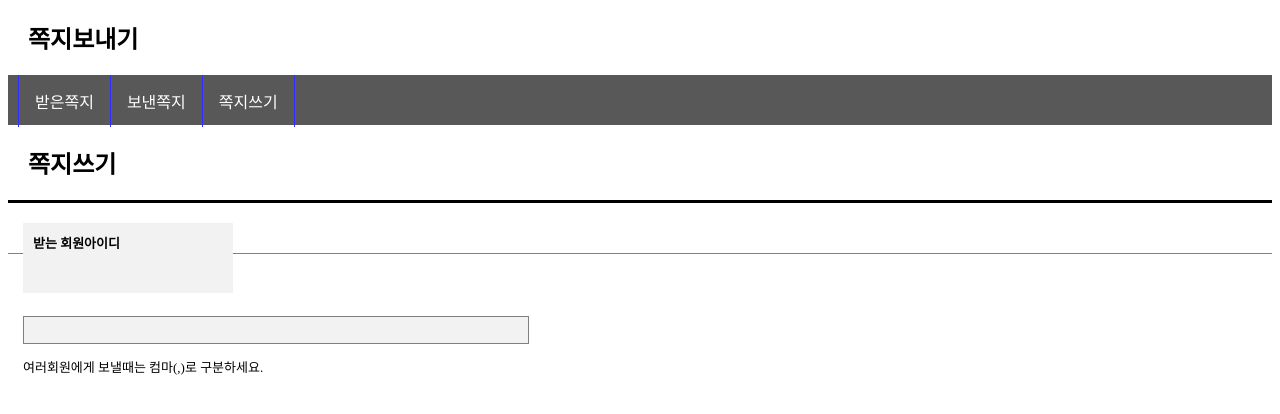
Repository: ks12b0000/JSP-School-Class
Page: chap10_JSP/src/main/webapp/Test/sendMessage.html
These files come from the project's save history. The page is drawn as it stood at one moment and after the next save; the edit follows.
The browser window is 1280 px wide. The pictures show the whole page.

Above is the page before, as saved 2022-06-04 11:19:00.

### chap10_JSP/src/main/webapp/Test/sendMessage.html
<!DOCTYPE html>
<html>
<head>
	<meta charset="UTF-8">
	<meta name="viewport" content="width=device-width, initial-scale=1.0">
	<title>쪽지쓰기</title>
	<link rel="stylesheet" href="loginWrite.css" />
</head>
<body>
	<h2>쪽지보내기</h2>
	<div class="menu1">
		<ul>
			<li><a href="#" id="a1">받은쪽지</a></li>
			<li><a href="#">보낸쪽지</a></li>
			<li><a href="#">쪽지쓰기</a></li>
		</ul>
	</div>
	<h2>쪽지쓰기</h2>
	<div class="Profile3">
			<p id="id12"><strong>받는 회원아이디</strong></p>
			<input type="text" /><br/><p>여러회원에게 보낼때는 컴마(,)로 구분하세요.</p>
	</div>
</body>
</html>

### chap10_JSP/src/main/webapp/Test/loginWrite.css
@charset "UTF-8";
	body h2 {
		margin-left: 20px;
	}
	.login1 {
		width: 500px;
		border: 1px solid gray;
		margin: 40px;
		padding: 40px;

	}
	.login1 #id {
		width: 400px;

		padding: 4px;
	}
	.login1 #id input {

		margin-left: 30px;
	}
	.login1 #pw {

		padding: 4px;
	}
	.login1 #pw input {

		margin-left: 52px;
	}
	.login1 #login_Bt {
		text-align: right;
		margin-top: -50px;
		margin-right: 120px;
	}
	.login1 #login_Bt input {
		margin-left: 5px;
		padding: 12px;
		border: 1px solid white;
		background-color: #A5DF00;
		color: white;
	}
	.login1 #login_Ck {
		margin-top: 10px;
	}
	.login2 {
		border: 1px solid gray;
		font-size: 13px;
		background-color: #F2F2F2;
		width: 500px;
		margin: 40px;
		padding: 40px;
		margin-top: -50px;

	}
	.login2 h3 {
		margin-top: -20px;
		margin-left: -30px;
	}
	.login2 p {
		margin-top: -20px;
		margin-left: -30px;
	}
	.login2 form {
		margin-top: 10px;
		margin-left: 250px;

	}
	.login2 #idpw_bt {
		border: 1px solid white;
		background-color: #A5DF00;
		color: white;
	}
	.login2 #signup {
		border: 1px solid #BFFF00;
		background-color: white;
		color: #80FF00;
	}
	body #mainback {
		margin-left: 220px;
		text-decoration: none;
		color: black;
	}
	body #em2 {
		border-top: 1px solid gray;
		margin-left: 20px;
		padding-top: 15px;
	}
	#email1 {
		margin-left: 20px;
		font-size: 19px;
	}
	#email1 input {
		width: 500px;
		height: 30px;
	}
	.button {
		margin-top: 40px;
		margin-left: 250px;
	}
	.button #Confirm {
		margin-left: 5px;
		padding: 12px;
		width: 150px;
		border: 1px solid white;
		background-color: #A5DF00;
		color: white;
	}
	.button #close {
		margin-left: 5px;
		padding: 12px;
		width: 100px;
		border: 1px solid white;
		background-color: #0B3B39;
		color: white;
	}
	body #tm2 {
		color: red;
		text-align: center;
	}
	body #tm3,#tm5 {
		text-align: center;
	}
	body #tm4,#tm6 {
		border: 1px solid black;
		width: 1300px;
		height: 300px;
		background-color: #D8D8D8;
		margin-left: 10px;
	}
	#terms_Ck,#terms_Ck2 {
		text-align: right;
	}
	#signup3 {
		text-align: center;
	}
	#signup3 input {
		margin-left: 5px;
		padding: 12px;
		border: 1px solid white;
		background-color: #A5DF00;
		color: white;
	}
	.button3 {
		text-align: right;
		margin-top: -50px;
		margin-right: 10px;
	}
	.button3 #notebox {
		border: 1px solid #BFFF00;
		background-color: white;
		color: #80FF00;
		padding: 6px;
	}
	.button3 #Revise {
		border: 1px solid #BFFF00;
		background-color: white;
		color: #80FF00;
		padding: 6px;
	}
	.button3 #secession {
		border: 1px solid white;
		background-color: #A5DF00;
		color: white;
		padding: 6px;
	}
	.Profile {
		border: 1px solid gray;
		border-collapse: collapse;
		margin-top: 15px;
		width: 100%;
		height: 150px;
		background-color: #FAFAFA;
	}
	.Profile th,td {
		border-bottom: 1px solid gray;
	}
	.Profile2 {
		border-top: 3px solid black;
		width: 100%;
		background-color: #F2F2F2;
		height: 50px;
		border-bottom: 1px solid gray;
		margin-top: 20px;
	}
	#hh3 {
		margin-left: 10px;
	}
	.Contents {
		text-align: center;
		margin-top: 100px;
		border-bottom: 1px solid gray;
		height: 100px;
	}
	.menu1 ul {
		background-color: #585858;
		height: 50px;
		margin: 0;
		padding: 0;
		list-style: none;

	}
	.menu1 li {
		float: left;
		border-right: 1px solid #2E2EFE;
	}
	.menu1 li a {
		padding-left: 10px;
		color: white;
		text-decoration: none;
		display: block;
		text-align: center;
		padding: 14px 16px;
	}
	.menu1 #a1 {
		border-left: 1px solid #2E2EFE;
		margin-left: 10px;
	}
	.guide {
		text-align: left;
	}
	.button2 {
		text-align: center;
	}
	.button2 #close2 {
		text-align: center;
		padding: 10px;
		width: 80px;
		border: 1px solid white;
		background-color: #0B4C5F;
		color: white;
	}
	.Profile3 {
		border-top: 3px solid black;
		width: 100%;
		height: 50px;
		border-bottom: 1px solid gray;
		margin-top: 20px;
	}
	.Profile3 #id12 {
		margin-top: 20px;
		padding-left:10px;
		padding-top: 10px;
		text-align: left;
		width: 200px;
		background-color: #F2F2F2;
		height: 60px;
	}
	.Profile3 input {
		background-color: #F2F2F2;
		margin-left: 15px;
		margin-top: 10px;
		padding-top: 10px;
		border: 1px solid gray;
		width: 500px;
	}
	.Profile3 p {
		font-size: 13px;
		margin-left: 15px;
	}

After the next save:
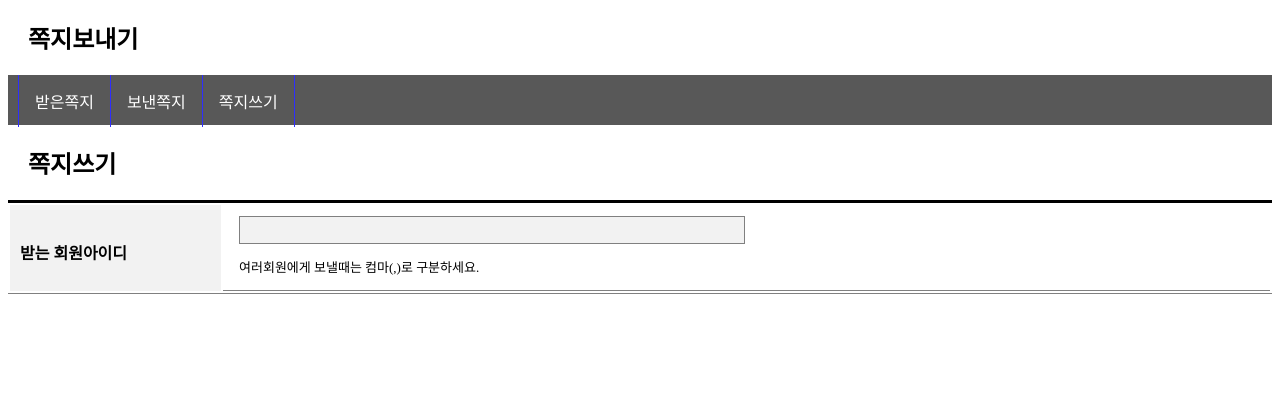
Saved 17 s later.
--- a/chap10_JSP/src/main/webapp/Test/sendMessage.html
+++ b/chap10_JSP/src/main/webapp/Test/sendMessage.html
@@ -16,9 +16,11 @@
 		</ul>
 	</div>
 	<h2>쪽지쓰기</h2>
-	<div class="Profile3">
-			<p id="id12"><strong>받는 회원아이디</strong></p>
-			<input type="text" /><br/><p>여러회원에게 보낼때는 컴마(,)로 구분하세요.</p>
-	</div>
+	<table class="Profile3">
+		<tr>
+			<th id="id12"><strong>받는 회원아이디</strong></th>
+			<td><input type="text" /><br/><p>여러회원에게 보낼때는 컴마(,)로 구분하세요.</p></td>
+		</tr>
+	</table>
 </body>
 </html>
